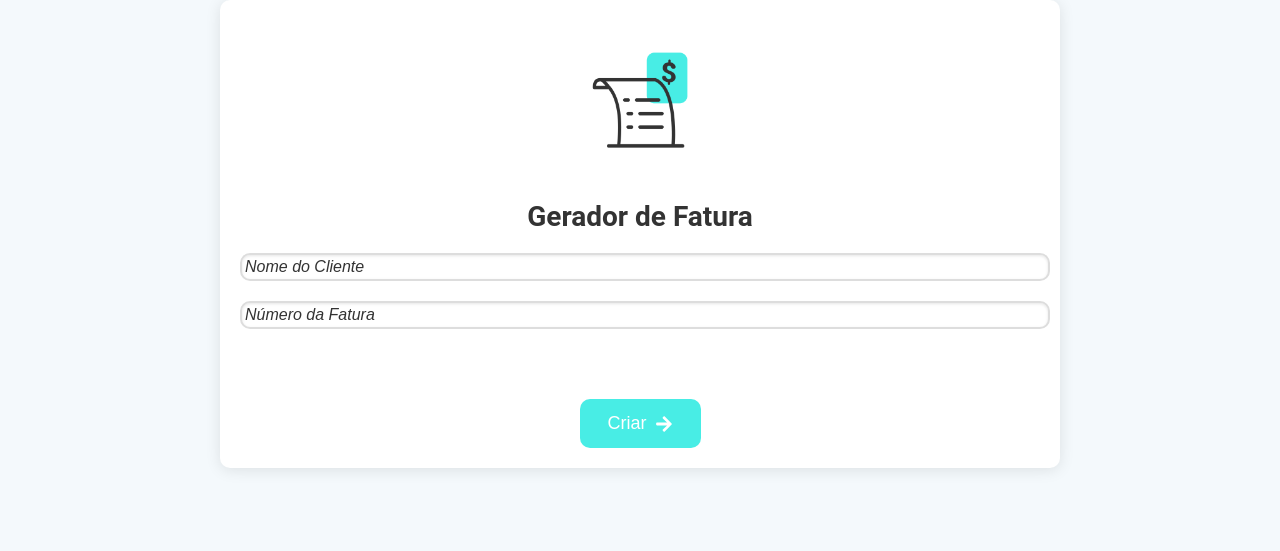
Repository: devthmedu/Invoice-Generator
Page: /
These files come from the project's save history. The page is drawn as it stood at one moment and after the next save; the edit follows.
The browser window is 1280 px wide. The pictures show the whole page.
The project was rebuilt for these pictures with package versions that can differ from the ones it lists, and the page was loaded fresh each time. Also part of the build but not shown: vite.config.js, src/Componete/Template.jsx.

Above is the page before, as saved 2024-07-16 19:38:47.

### index.html
<!DOCTYPE html>
<html lang="pt-BR">

<head>
  <meta charset="UTF-8" />
  <meta name="viewport" content="width=device-width, initial-scale=1.0" />
  <meta name="description" content="Gere sua fatura de forma simples e rápida com nosso gerador de faturas em React." />
  <meta name="keywords" content="fatura, gerador de faturas, React, financeiro" />
  <meta name="author" content="Thomas Eduardo" />
  <link rel="stylesheet" href="./src/App.css">
  <link rel="icon" href="./public/logo.png" />
  <title>Gere sua Fatura</title>
</head>


<body>
  <div id="root"></div>
  <script type="module" src="./src/main.jsx"></script>
</body>

</html>

### src/App.css
body {
  font-family: 'Roboto', sans-serif; /* Fonte moderna */
  background-color: #f4f9fc; /* Fundo suave */
  margin: 0;
  padding: 0;
}

.container {
  max-width: 600px; /* Largura ideal para usabilidade */
  margin: 100px auto; /* Centralização */
  padding: 40px 30px; /* Padding generoso */
  background: white; /* Estilo de cartão */
  border-radius: 20px; /* Cantos arredondados */
  box-shadow: 0 8px 30px rgba(0, 0, 0, 0.15); /* Sombra sutil */
  transition: transform 0.3s; /* Transição suave */
}

.container:hover {
  transform: translateY(-5px); /* Efeito de elevação ao passar o mouse */
}

.logo {
  display: block;
  margin: 0 auto 20px; /* Centraliza o logo */
  max-width: 160px; /* Ajusta o tamanho do logo */
}

.title {
  text-align: center;
  color: #333; /* Texto escuro */
  font-size: 28px; /* Tamanho de fonte grande */
  margin-bottom: 20px; /* Espaço abaixo do título */
  font-weight: 700; /* Título em negrito */
}

.form {
  display: flex;
  flex-direction: column; /* Layout em coluna para os inputs */
}

.inputs {
  margin-bottom: 30px; /* Mais espaço abaixo dos inputs */
}

.input-field {
    padding: 3px;
    border: 2px solid #ddd;
    border-radius: 10px;
    font-size: 16px;
    width: 100%;
    box-shadow: inset 0 1px 3px rgba(0, 0, 0, 0.1);
    transition: border-color 0.3s, box-shadow 0.3s;
    margin-bottom: 20px;
}

.input-field:focus {
  border-color: #48ede5; /* Cor de destaque ao focar */
  outline: none; /* Remove o contorno padrão */
  box-shadow: 0 0 5px rgba(72, 237, 229, 0.5); /* Efeito de brilho */
}

.input-field::placeholder {
  color: #333; /* Placeholder cinza claro */
  font-style: italic; /* Estilo itálico para o placeholder */
}

.buttons {
  display: flex;
  justify-content: center; /* Centraliza os botões */
  margin-top: 20px; /* Espaço acima dos botões */
}

.submit-button {
  background-color: #48ede5; /* Cor primária */
  color: white; /* Texto branco */
  border: none; /* Sem borda */
  border-radius: 10px; /* Cantos arredondados */
  padding: 14px 28px; /* Padding confortável */
  font-size: 18px; /* Tamanho de fonte maior */
  cursor: pointer; /* Muda para ponteiro ao passar o mouse */
  transition: background 0.3s, transform 0.3s; /* Transições suaves */
  display: flex; /* Flex para alinhar ícone */
  align-items: center; /* Centraliza verticalmente */
}

.submit-button:hover {
  background-color: #36b4d3; /* Tom mais escuro ao passar o mouse */
  transform: scale(1.05); /* Efeito de zoom leve */
}

.submit-button:disabled {
  background-color: #c0c0c0; /* Cinza quando desabilitado */
  cursor: not-allowed; /* Cursor de não permitido */
}

.submit-button svg {
  margin-left: 8px; /* Espaço entre texto e ícone */
}

input:disabled {
  background-color: #f7f7f7; /* Fundo claro para desabilitados */
  color: #aaa; /* Texto mais claro */
}

### src/main.jsx
import React from 'react';
import ReactDOM from 'react-dom';
import App from './App';
import 'react-toastify/dist/ReactToastify.css';
import { ToastContainer } from 'react-toastify';

ReactDOM.render(
  <React.StrictMode>
    <ToastContainer />
    <App />
  </React.StrictMode>,
  document.getElementById('root'),
);

### src/App.jsx
import React, { useState, useEffect } from 'react';
import './App.css';
import TemplatePdf from './Componete/Template';
import { FaArrowRight } from 'react-icons/fa';
import { toast } from 'react-toastify';
import logo from '/logo.png';

function App() {
  const [numeroDaFatura, setNumeroDaFatura] = useState('');
  const [nomeCliente, setNomeCliente] = useState('');
  const [data, setData] = useState('');
  const [visualizar, setVisualizar] = useState(true);
  const [loading, setLoading] = useState(false);

  useEffect(() => {
    const atual = new Date();
    const dataFormatada = `${String(atual.getDate()).padStart(2, '0')}/${String(
      atual.getMonth() + 1,
    ).padStart(2, '0')}/${atual.getFullYear()}`;
    setData(dataFormatada);
  }, []);

  const criar = () => {
    if (!numeroDaFatura.match(/^[0-9]+$/)) {
      toast.error('Por favor, insira um número de fatura válido.');
      return;
    }
    if (!nomeCliente) {
      toast.error('Por favor, insira o nome do cliente.');
      return;
    }
    setLoading(true);
    setTimeout(() => {
      toast.success('Fatura criada com sucesso!');
      setLoading(false);
      setVisualizar(false);
    }, 500); // Simulando um delay para uma chamada de API
  };

  return (
    <>
      {visualizar ? (
        <div className="container">
          <img src={logo} alt="Logo" className="logo" />
          <h1 className="title">Gerador de Fatura</h1>
          <div className="form">
            <div className="inputs">
              <input
                type="text"
                placeholder="Nome do Cliente"
                value={nomeCliente}
                onChange={(e) => setNomeCliente(e.target.value)}
                disabled={loading} // Desabilita o input durante o carregamento
                className="input-field"
              />
              <input
                type="text"
                placeholder="Número da Fatura"
                value={numeroDaFatura}
                onChange={(e) => setNumeroDaFatura(e.target.value)}
                disabled={loading} // Desabilita o input durante o carregamento
                className="input-field"
              />
            </div>
            <div className="buttons">
              <button
                onClick={criar}
                disabled={loading}
                className="submit-button"
              >
                {loading ? 'Criando...' : 'Criar'} <FaArrowRight />
              </button>
            </div>
          </div>
        </div>
      ) : (
        <TemplatePdf
          NumeroDaFatura={numeroDaFatura}
          data={data}
          nomeCliente={nomeCliente}
        />
      )}
    </>
  );
}

export default App;

### src/Componete/Template.css
/* Container geral */
.container {
    max-width: 800px;
    margin: 0 auto;
    padding: 20px;
    background: #ffffff;
    border-radius: 10px;
    box-shadow: 0 2px 15px rgba(0, 0, 0, 0.1);
}

/* Logo */
.logo {
    text-align: center;
    margin-bottom: 20px;
}

.logo img {
    max-width: 100px;
}

/* Título */
h1 {
    text-align: center;
    color: #48ede5;
    font-size: 28px;
    margin-bottom: 20px;
}

/* Informações do cliente */
.client-info {
    margin-bottom: 20px;
    font-size: 16px;
    color: #333;
    padding: 10px;
    background-color: #f9f9f9;
    border-radius: 5px;
}

/* Método de pagamento */
.payment-method {
    margin-bottom: 20px;
}

.payment-method select {
    padding: 10px;
    border: 1px solid #ccc;
    border-radius: 5px;
    font-size: 16px;
}

/* Tabela */
.table {
    width: 100%;
    border-collapse: collapse;
    margin-top: 20px;
}

.table thead {
    background: #48ede5;
    color: #ffffff;
}

.table th, .table td {
    padding: 12px;
    text-align: left;
    border-bottom: 1px solid #ddd;
}

.table tbody tr:hover {
    background: #f1f1f1;
}

/* Notas */
.notes {
    margin-top: 20px;
    color: #333;
}

.notes strong {
    display: block;
    margin-bottom: 5px;
    font-weight: bold;
}

/* Botões */
.button-group {
    margin-top: 20px;
    display: flex;
    justify-content: space-between;
}

.print-button, .add-button, .remove-button {
    padding: 10px 15px;
    background: #48ede5;
    color: white;
    border: none;
    border-radius: 5px;
    cursor: pointer;
    transition: background 0.3s ease;
}

.print-button:hover, .add-button:hover, .remove-button:hover {
    background: #36b4d3;
}

/* Título do diálogo */
.dialog-title {
    display: flex;
    justify-content: space-between;
    align-items: center;
}

.dialog-title .hed {
    font-size: 1.5em;
    font-weight: bold;
    color: #48ede5;
}

/* Formulários */
.forms {
    display: flex;
    flex-direction: column;
}

.forms input {
    width: 100%;
    padding: 10px;
    margin: 5px 0;
    border: 1px solid #ccc;
    border-radius: 5px;
    transition: border-color 0.3s;
}

.forms input:focus {
    border-color: #48ede5;
    outline: none;
}

/* Ícones nos produtos */
.table td:first-child {
    display: flex;
    align-items: center;
}

.table td:first-child svg {
    margin-right: 8px; /* Espaçamento entre ícone e texto */
}

/* Estilo de remover produto */
.remove-button {
    background: transparent;
    color: #e74c3c; /* Cor do ícone de remover */
    border: none;
    cursor: pointer;
    display: flex;
    align-items: center;
}

.remove-button:hover {
    color: #c0392b; /* Cor ao passar o mouse */
}

After the next save:
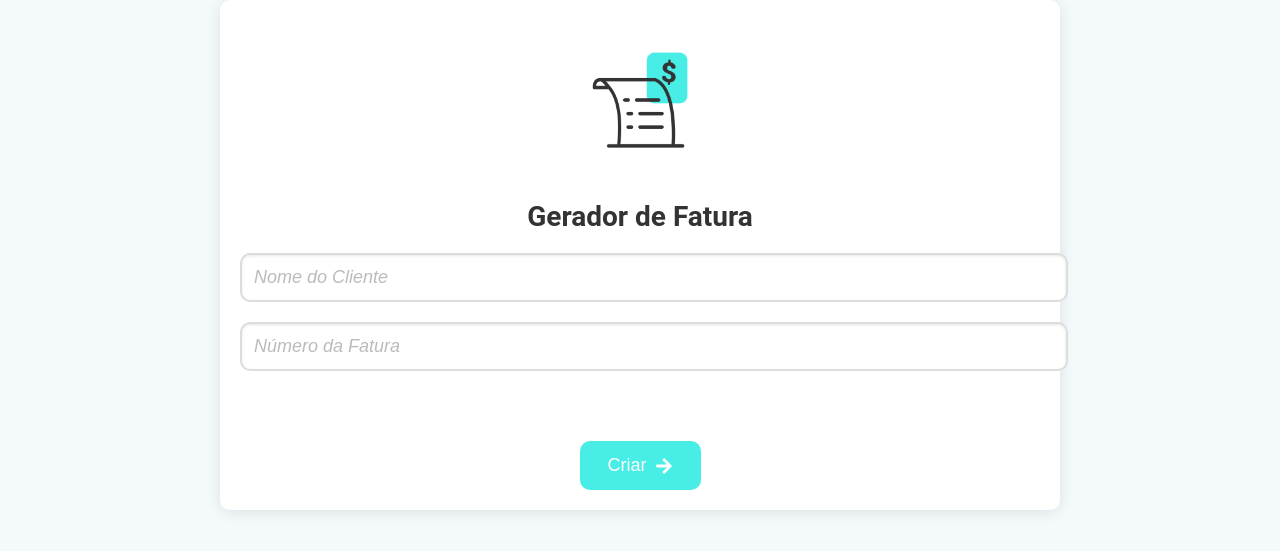
Saved 46 s later.
--- a/src/App.css
+++ b/src/App.css
@@ -11,7 +11,7 @@
   padding: 40px 30px; /* Padding generoso */
   background: white; /* Estilo de cartão */
   border-radius: 20px; /* Cantos arredondados */
-  box-shadow: 0 8px 30px rgba(0, 0, 0, 0.15); /* Sombra sutil */
+  box-shadow: 0 8px 30px rgba(0, 0, 0, 0.1); /* Sombra sutil */
   transition: transform 0.3s; /* Transição suave */
 }
 
@@ -43,24 +43,24 @@
 }
 
 .input-field {
-    padding: 3px;
-    border: 2px solid #ddd;
-    border-radius: 10px;
-    font-size: 16px;
-    width: 100%;
-    box-shadow: inset 0 1px 3px rgba(0, 0, 0, 0.1);
-    transition: border-color 0.3s, box-shadow 0.3s;
-    margin-bottom: 20px;
+  padding: 12px; /* Padding confortável */
+  border: 2px solid #ddd; /* Borda mais espessa */
+  border-radius: 10px; /* Cantos arredondados */
+  font-size: 18px; /* Tamanho de fonte maior */
+  width: 100%; /* Largura total */
+  box-shadow: inset 0 1px 3px rgba(0, 0, 0, 0.1); /* Sombra interna suave */
+  transition: border-color 0.3s, box-shadow 0.3s; /* Transições suaves */
+  margin-bottom: 20px; /* Espaço entre os inputs */
 }
 
 .input-field:focus {
   border-color: #48ede5; /* Cor de destaque ao focar */
   outline: none; /* Remove o contorno padrão */
-  box-shadow: 0 0 5px rgba(72, 237, 229, 0.5); /* Efeito de brilho */
+  box-shadow: 0 0 8px rgba(72, 237, 229, 0.5); /* Efeito de brilho mais forte */
 }
 
 .input-field::placeholder {
-  color: #333; /* Placeholder cinza claro */
+  color: #bbb; /* Placeholder cinza claro */
   font-style: italic; /* Estilo itálico para o placeholder */
 }
 
@@ -78,7 +78,7 @@
   padding: 14px 28px; /* Padding confortável */
   font-size: 18px; /* Tamanho de fonte maior */
   cursor: pointer; /* Muda para ponteiro ao passar o mouse */
-  transition: background 0.3s, transform 0.3s; /* Transições suaves */
+  transition: background 0.3s, transform 0.3s, box-shadow 0.3s; /* Transições suaves */
   display: flex; /* Flex para alinhar ícone */
   align-items: center; /* Centraliza verticalmente */
 }
@@ -86,6 +86,7 @@
 .submit-button:hover {
   background-color: #36b4d3; /* Tom mais escuro ao passar o mouse */
   transform: scale(1.05); /* Efeito de zoom leve */
+  box-shadow: 0 4px 10px rgba(0, 0, 0, 0.2); /* Sombra ao passar o mouse */
 }
 
 .submit-button:disabled {

After the save that followed:
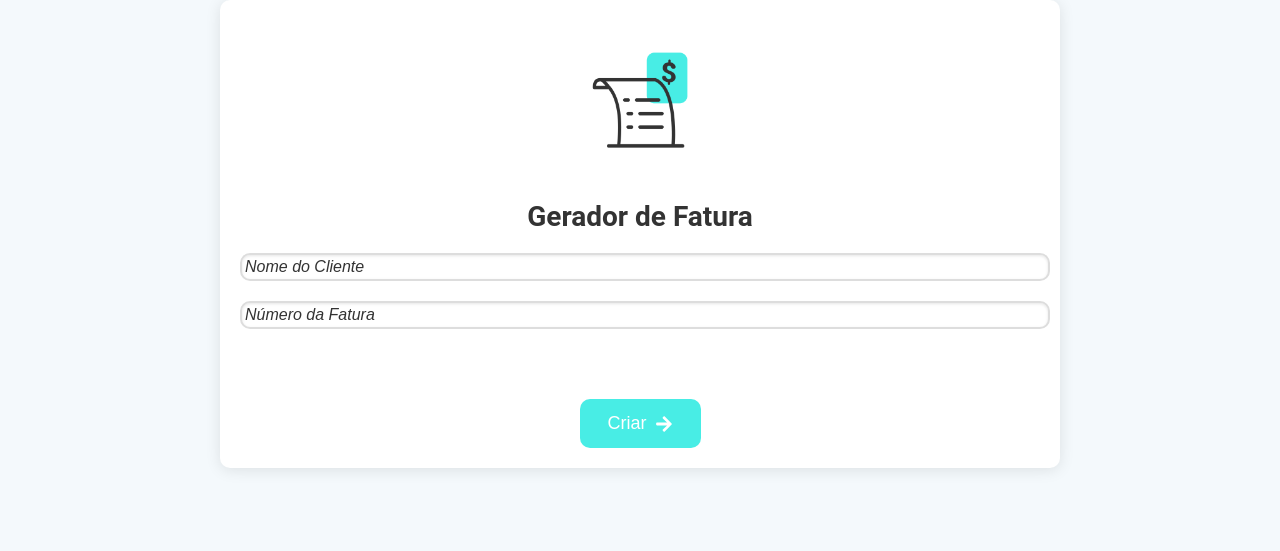
Saved 6 s later.
--- a/src/App.css
+++ b/src/App.css
@@ -11,7 +11,7 @@
   padding: 40px 30px; /* Padding generoso */
   background: white; /* Estilo de cartão */
   border-radius: 20px; /* Cantos arredondados */
-  box-shadow: 0 8px 30px rgba(0, 0, 0, 0.1); /* Sombra sutil */
+  box-shadow: 0 8px 30px rgba(0, 0, 0, 0.15); /* Sombra sutil */
   transition: transform 0.3s; /* Transição suave */
 }
 
@@ -43,24 +43,24 @@
 }
 
 .input-field {
-  padding: 12px; /* Padding confortável */
-  border: 2px solid #ddd; /* Borda mais espessa */
-  border-radius: 10px; /* Cantos arredondados */
-  font-size: 18px; /* Tamanho de fonte maior */
-  width: 100%; /* Largura total */
-  box-shadow: inset 0 1px 3px rgba(0, 0, 0, 0.1); /* Sombra interna suave */
-  transition: border-color 0.3s, box-shadow 0.3s; /* Transições suaves */
-  margin-bottom: 20px; /* Espaço entre os inputs */
+    padding: 3px;
+    border: 2px solid #ddd;
+    border-radius: 10px;
+    font-size: 16px;
+    width: 100%;
+    box-shadow: inset 0 1px 3px rgba(0, 0, 0, 0.1);
+    transition: border-color 0.3s, box-shadow 0.3s;
+    margin-bottom: 20px;
 }
 
 .input-field:focus {
   border-color: #48ede5; /* Cor de destaque ao focar */
   outline: none; /* Remove o contorno padrão */
-  box-shadow: 0 0 8px rgba(72, 237, 229, 0.5); /* Efeito de brilho mais forte */
+  box-shadow: 0 0 5px rgba(72, 237, 229, 0.5); /* Efeito de brilho */
 }
 
 .input-field::placeholder {
-  color: #bbb; /* Placeholder cinza claro */
+  color: #333; /* Placeholder cinza claro */
   font-style: italic; /* Estilo itálico para o placeholder */
 }
 
@@ -78,7 +78,7 @@
   padding: 14px 28px; /* Padding confortável */
   font-size: 18px; /* Tamanho de fonte maior */
   cursor: pointer; /* Muda para ponteiro ao passar o mouse */
-  transition: background 0.3s, transform 0.3s, box-shadow 0.3s; /* Transições suaves */
+  transition: background 0.3s, transform 0.3s; /* Transições suaves */
   display: flex; /* Flex para alinhar ícone */
   align-items: center; /* Centraliza verticalmente */
 }
@@ -86,7 +86,6 @@
 .submit-button:hover {
   background-color: #36b4d3; /* Tom mais escuro ao passar o mouse */
   transform: scale(1.05); /* Efeito de zoom leve */
-  box-shadow: 0 4px 10px rgba(0, 0, 0, 0.2); /* Sombra ao passar o mouse */
 }
 
 .submit-button:disabled {
